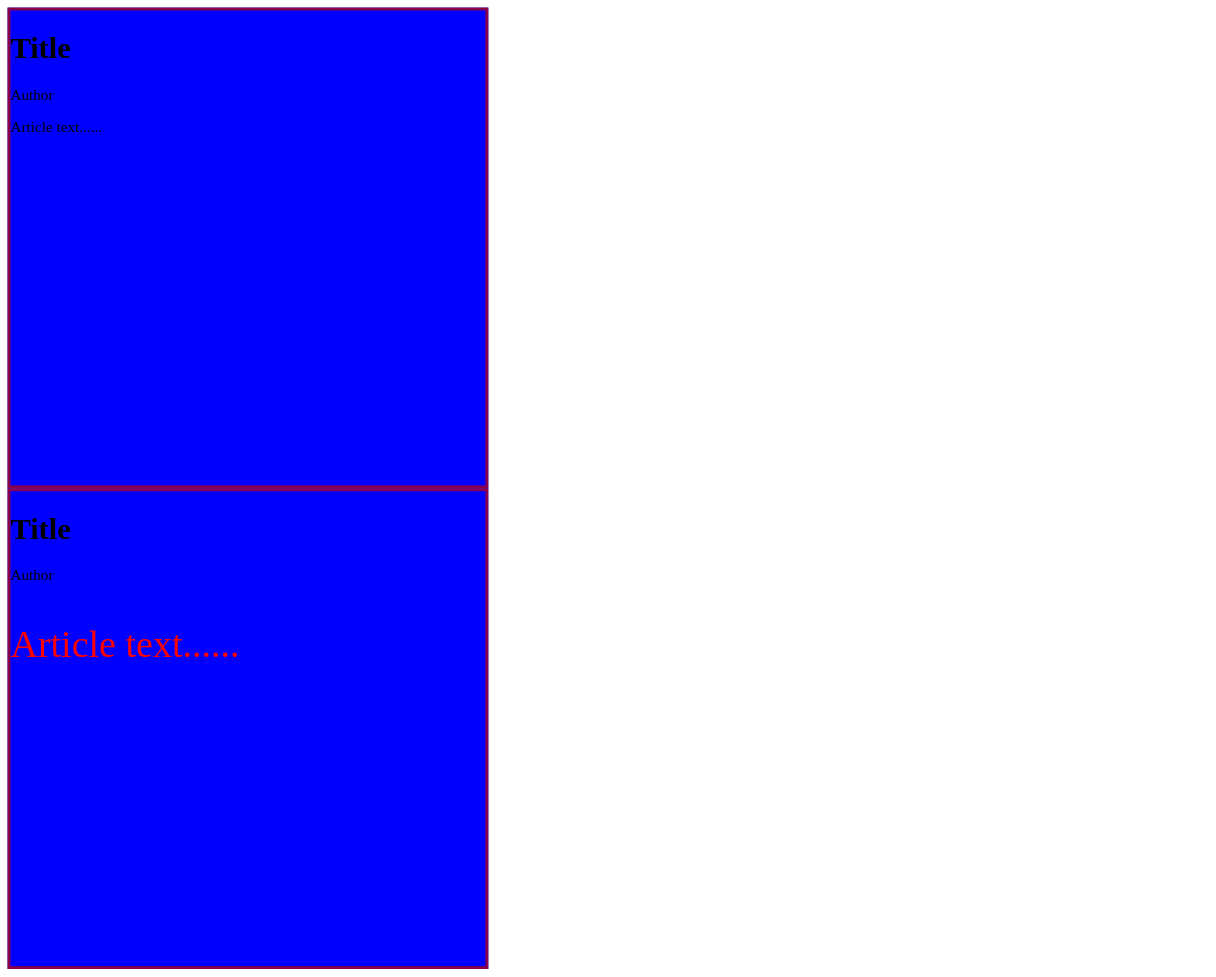
Repository: kimbalaya7/coding-managers
Page: index2.html
The author's editor kept a record of every edit. The page is drawn from the files as they stood at one moment, then again after the next edit.
The browser window is 1280 px wide. The pictures show the whole page, at 95% of full size.

Above is the page before.

After the next edit:
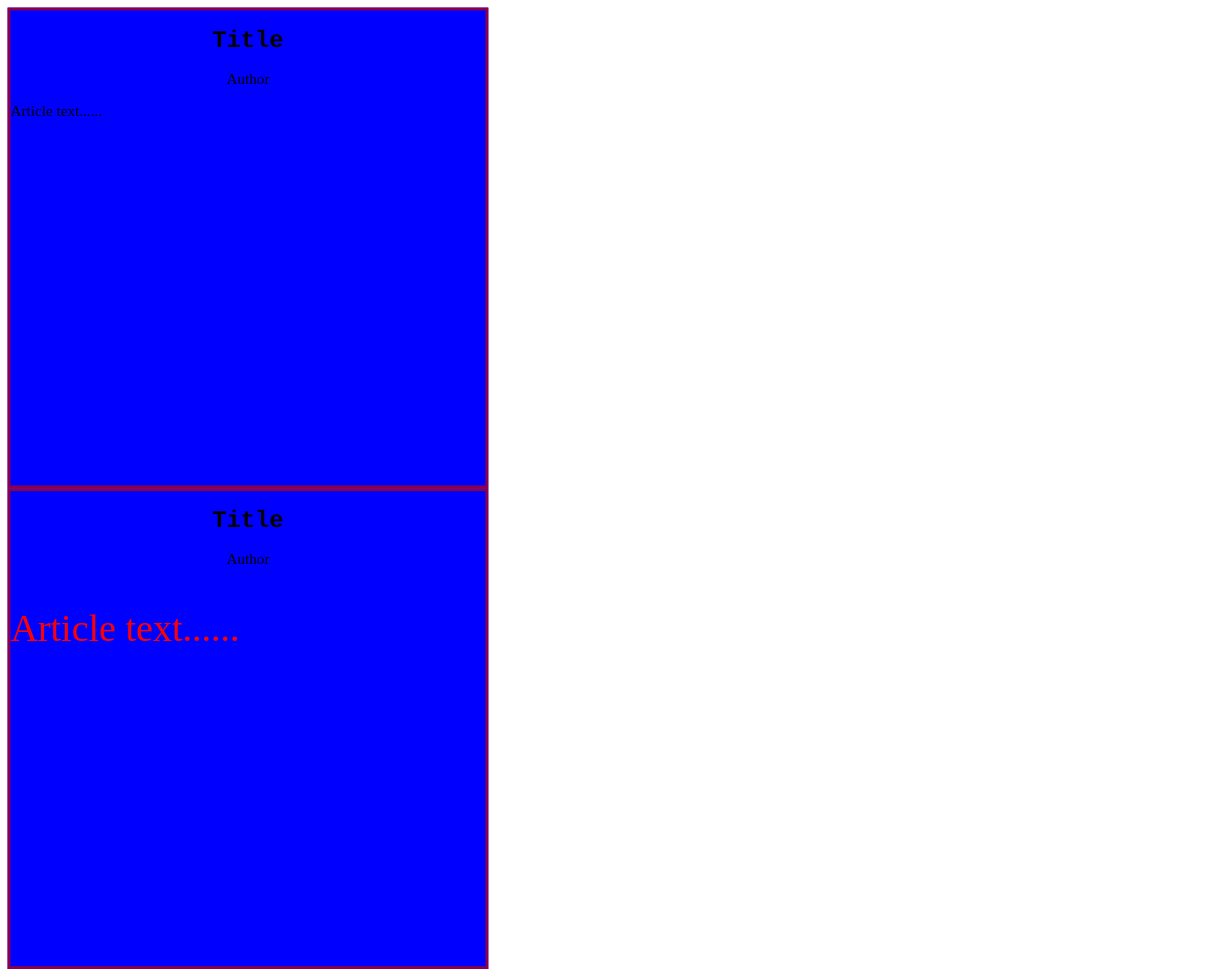
The edit:
--- a/styles.css
+++ b/styles.css
@@ -19,3 +19,13 @@ div {
     background-color: blue;
     border: 3px solid #8a004c;
 }
+
+h1 {
+    font-family: Courier;
+    font-size: 25px;
+    text-align: center;
+}
+
+.byline {
+        text-align: center;
+}
